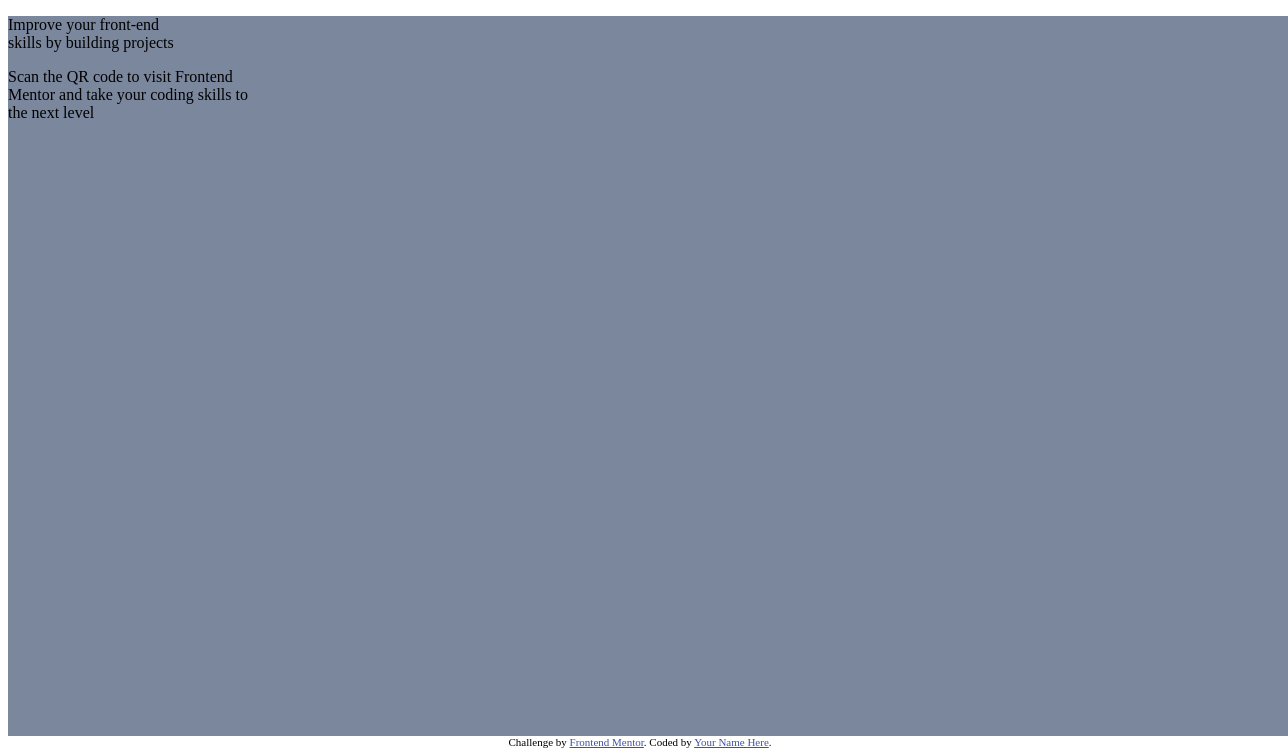
Repository: jminervino/CSS-QRCodeResponsive
Page: index.html
The author's editor kept a copy of each file at every save. The page is drawn from the files as they stood at one save, then again after the next save.
The browser window is 1280 px wide. The page is 1288 px wide, then 1280 px, then 1288 px, so the pictures cover 1288 px, including what lies to the right of the window. The pictures show the whole page.

Above is the page before, as saved 2022-02-08 19:18:02.

### index.html
<!DOCTYPE html>
<html lang="en">
<head>
  <meta charset="UTF-8">
  <meta name="viewport" content="width=device-width, initial-scale=1.0"> <!-- displays site properly based on user's device -->

  <link rel="icon" type="image/png" sizes="32x32" href="./images/favicon-32x32.png">
  <link rel="stylesheet" href="style.css">

  <title>Frontend Mentor | QR code component</title>

  <!-- Feel free to remove these styles or customise in your own stylesheet 👍 -->
  <style>
    .attribution { font-size: 11px; text-align: center; }
    .attribution a { color: hsl(228, 45%, 44%); }
  </style>
</head>
<body>
    <section>
        <div class="container">
            <div class="qrcode">

            </div>
            <div>
              <p>Improve your front-end <br> skills by building projects</p>

              <p>Scan the QR code to visit Frontend <br> Mentor and take your coding skills to <br> the next level</p>
            </div>
        </div>
    </section>
      <div class="attribution">
        Challenge by <a href="https://www.frontendmentor.io?ref=challenge" target="_blank">Frontend Mentor</a>.
        Coded by <a href="#">Your Name Here</a>.
      </div>
</body>
</html>

### style.css
section {
    width: 100vw;
    height: 100vh;
    background-color: hsl(220, 15%, 55%);
}

After the next save:
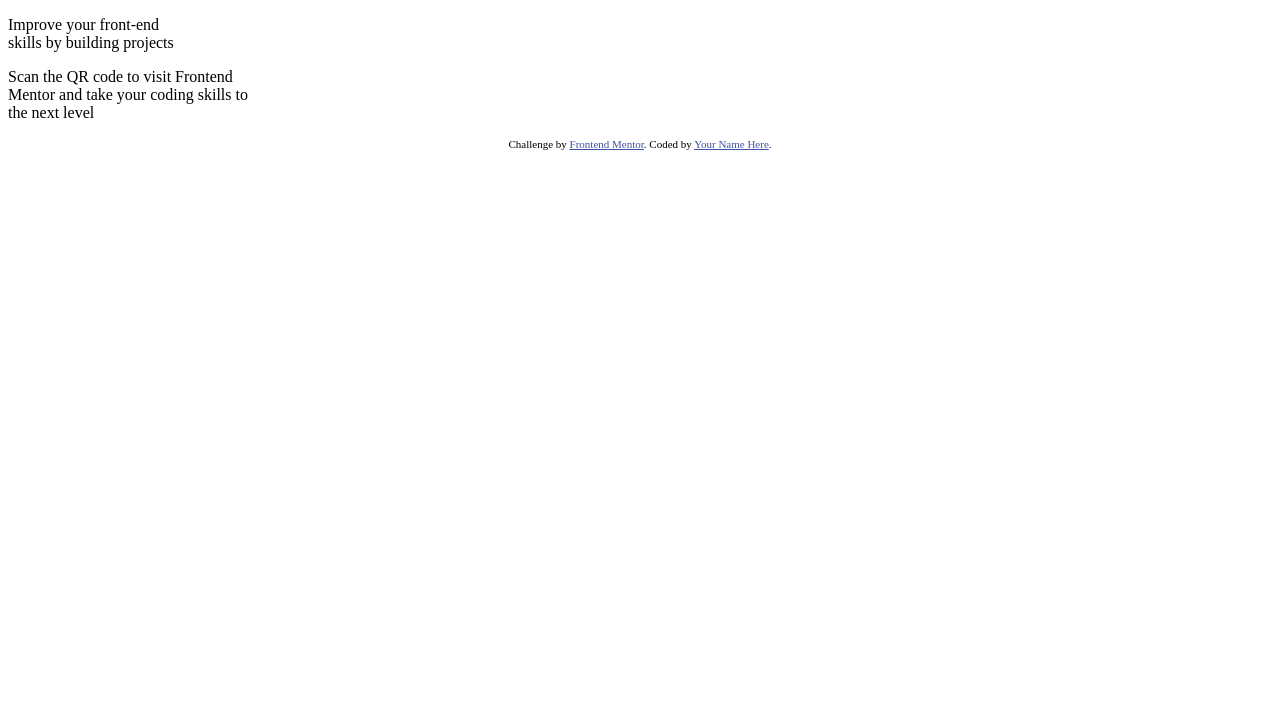
Saved 21 s later.
--- a/index.html
+++ b/index.html
@@ -16,7 +16,7 @@
   </style>
 </head>
 <body>
-    <section>
+    <main>
         <div class="container">
             <div class="qrcode">
 
@@ -27,7 +27,7 @@
               <p>Scan the QR code to visit Frontend <br> Mentor and take your coding skills to <br> the next level</p>
             </div>
         </div>
-    </section>
+    </main>
       <div class="attribution">
         Challenge by <a href="https://www.frontendmentor.io?ref=challenge" target="_blank">Frontend Mentor</a>.
         Coded by <a href="#">Your Name Here</a>.

After the save that followed:
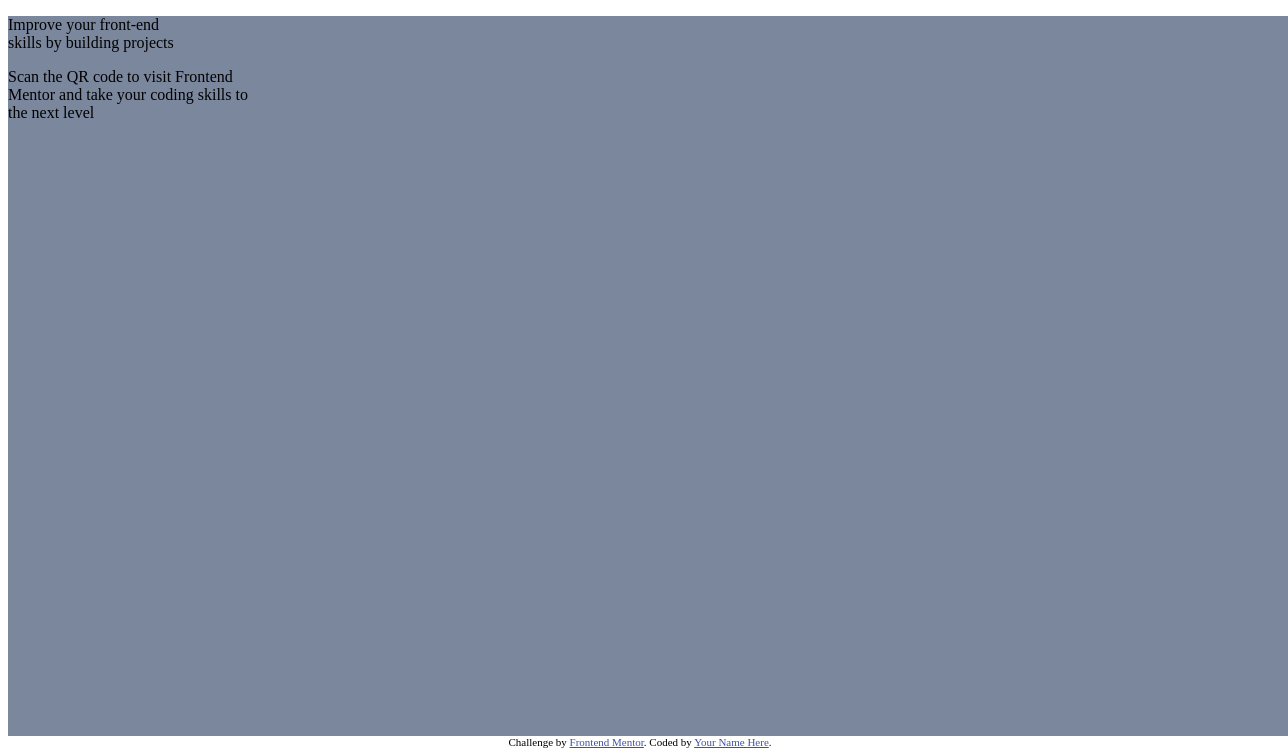
Saved 4 s later.
--- a/style.css
+++ b/style.css
@@ -1,4 +1,4 @@
-section {
+main {
     width: 100vw;
     height: 100vh;
     background-color: hsl(220, 15%, 55%);
